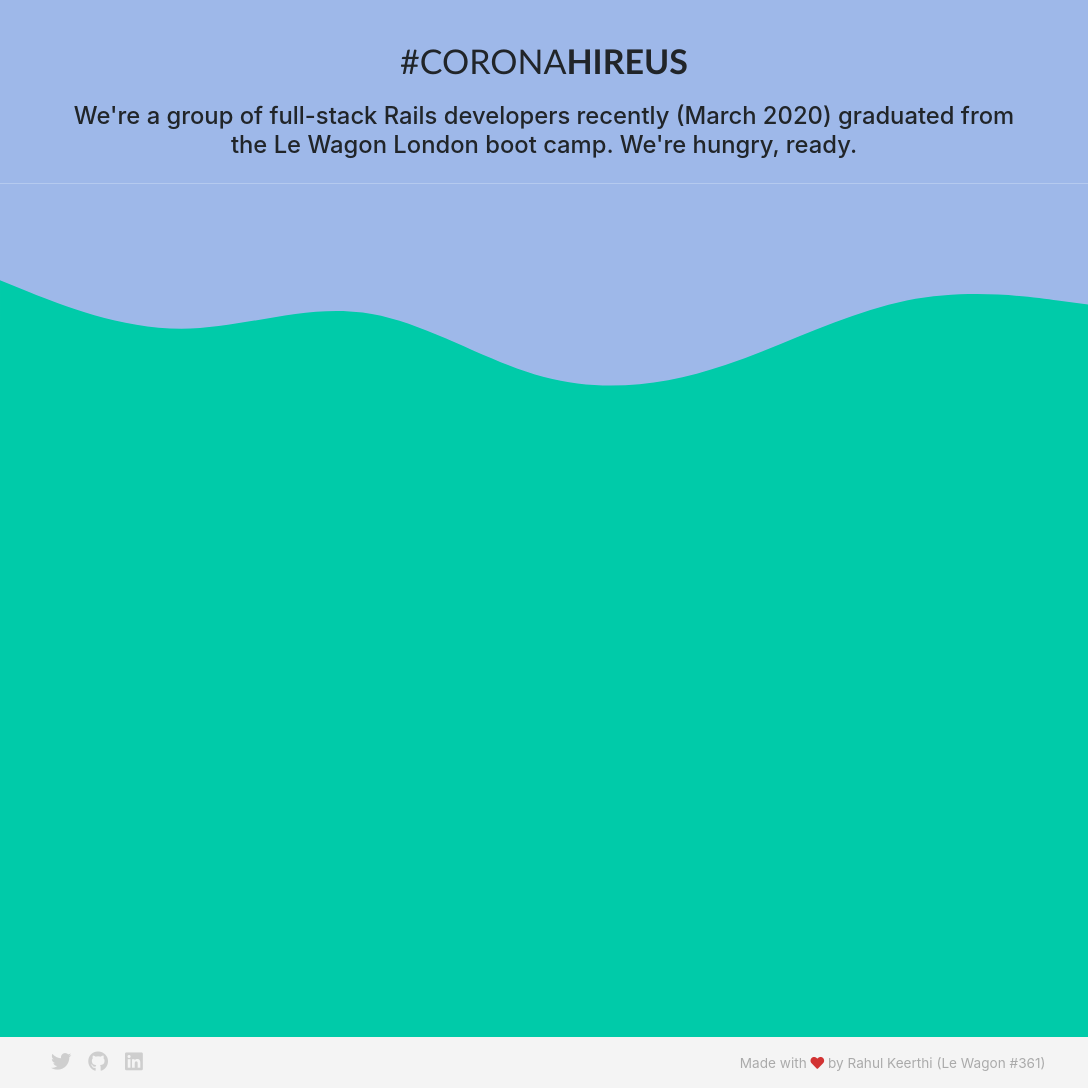
Repository: rahulkeerthi/coronahireus
Page: index.html
The author's editor kept a copy of each file at every save. The page is drawn from the files as they stood at one save, then again after a run of saves.
The browser window is 1280 px wide. The pictures show the whole page, at 85% of full size.
Some web libraries are served in a nearby version.

Above is the page before, as saved 2020-03-27 23:09:57.

After the next 2 saves:
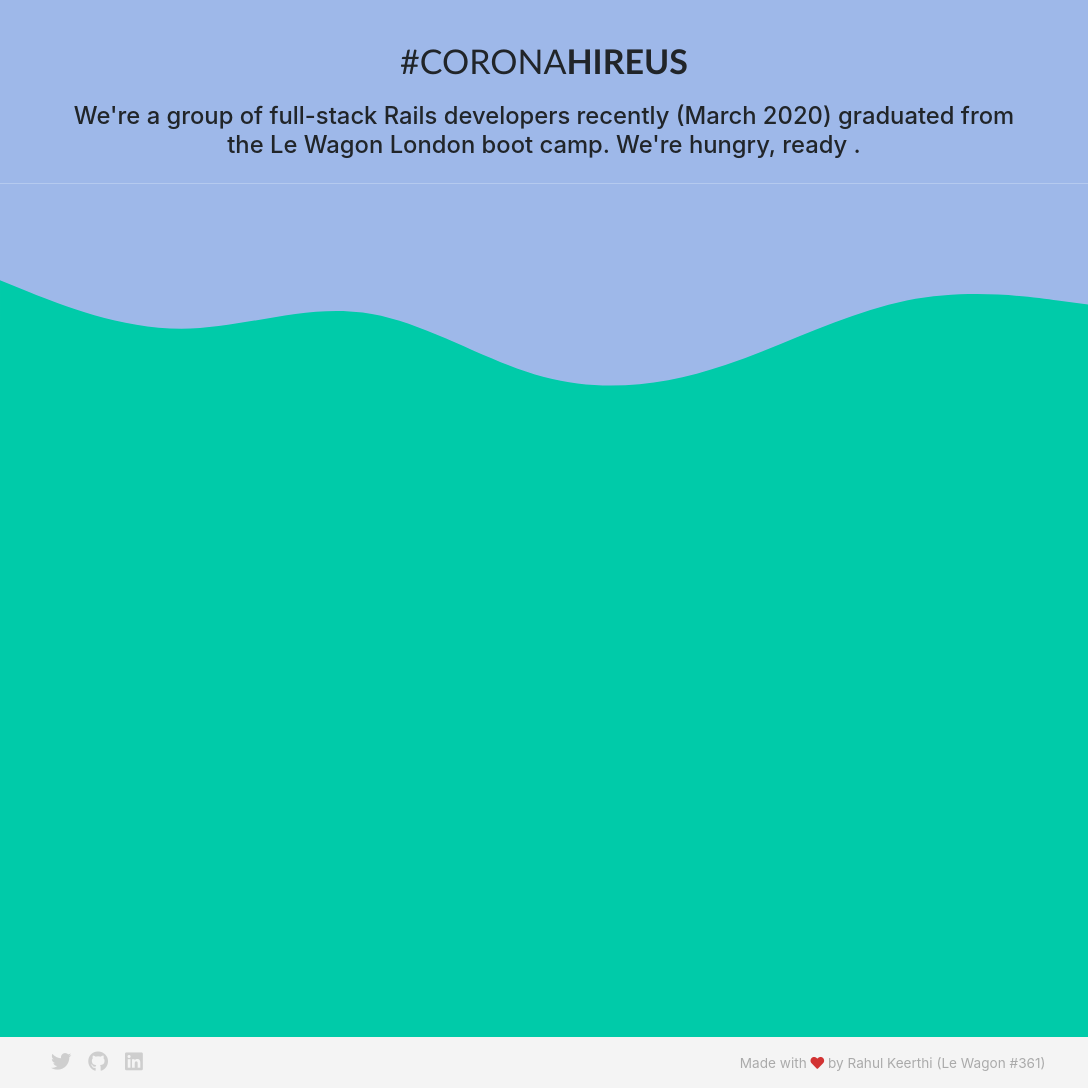
The 2 saves are shown as one change because they came seconds apart.
The last was saved 9 s later.
--- a/index.html
+++ b/index.html
@@ -16,7 +16,7 @@
         <div class="wrapper">
             <div class="sky text-center">
                 <h1 class="pt-5">#CORONA<strong>HIREUS</strong></h1>
-                <h3 class="container py-3">We're a group of full-stack Rails developers recently (March 2020) graduated from the Le Wagon London boot camp. We're hungry, ready.</h3>
+                <h3 class="container py-3">We're a group of full-stack Rails developers recently (March 2020) graduated from the Le Wagon London boot camp. We're hungry, ready .</h3>
             </div>
             <div class="hills">
                 <svg xmlns="http://www.w3.org/2000/svg" viewBox="0 0 1440 320"><path fill="#00cba9" fill-opacity="1" d="M0,128L40,144C80,160,160,192,240,192C320,192,400,160,480,170.7C560,181,640,235,720,256C800,277,880,267,960,240C1040,213,1120,171,1200,154.7C1280,139,1360,149,1400,154.7L1440,160L1440,320L1400,320C1360,320,1280,320,1200,320C1120,320,1040,320,960,320C880,320,800,320,720,320C640,320,560,320,480,320C400,320,320,320,240,320C160,320,80,320,40,320L0,320Z"></path></svg>
